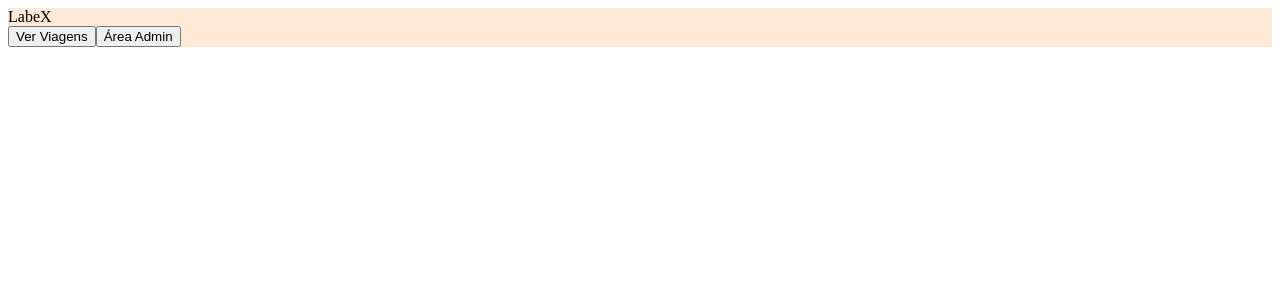
Repository: future4code/Clarice-Passos
Page: / (app in Semana10/LabeX/labex/)
The author's editor kept a copy of each file at every save. The page is drawn from the files as they stood at one save, then again after the next save.
The browser window is 1280 px wide. The pictures show the whole page.
The project was rebuilt for these pictures with package versions that can differ from the ones it lists, and the page was loaded fresh each time. Also part of the build but not shown: Semana10/LabeX/labex/src/customHooks/UseProtectePage.js, Semana10/LabeX/labex/src/customHooks/UseRequestData.js, Semana10/LabeX/labex/src/pages/AdminHomePage.js, Semana10/LabeX/labex/src/pages/ListTripsPage.js, Semana10/LabeX/labex/src/pages/CreateTripPage.js, Semana10/LabeX/labex/src/components/SelectPais.js, Semana10/LabeX/labex/src/pages/ApplicationFormPage.js, Semana10/LabeX/labex/src/pages/TripDetailsPage.js and 1 more.

Above is the page before, as saved 2021-08-22 20:55:24.

After the next save:
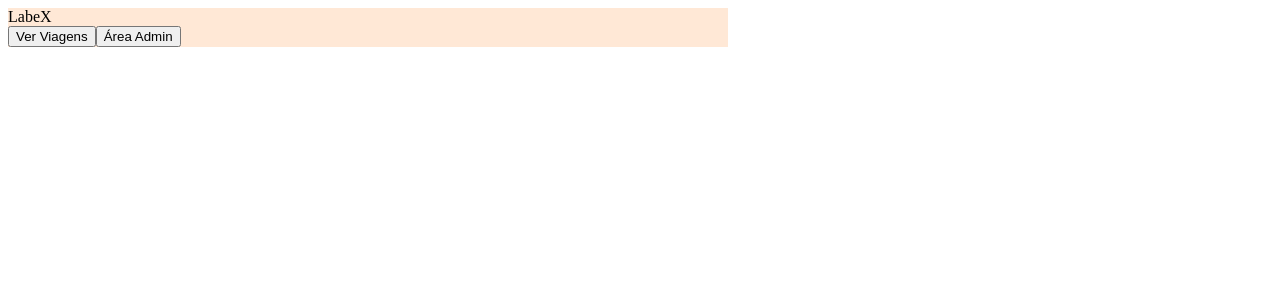
Saved 7 s later.
--- a/Semana10/LabeX/labex/src/pages/HomePage.js
+++ b/Semana10/LabeX/labex/src/pages/HomePage.js
@@ -4,7 +4,7 @@
 
 const Conteiner = styled.div`
 background-color: #ffe8d6;
-width: ;
+width: 100vh;
 `
 
 export const HomePage = () => {
